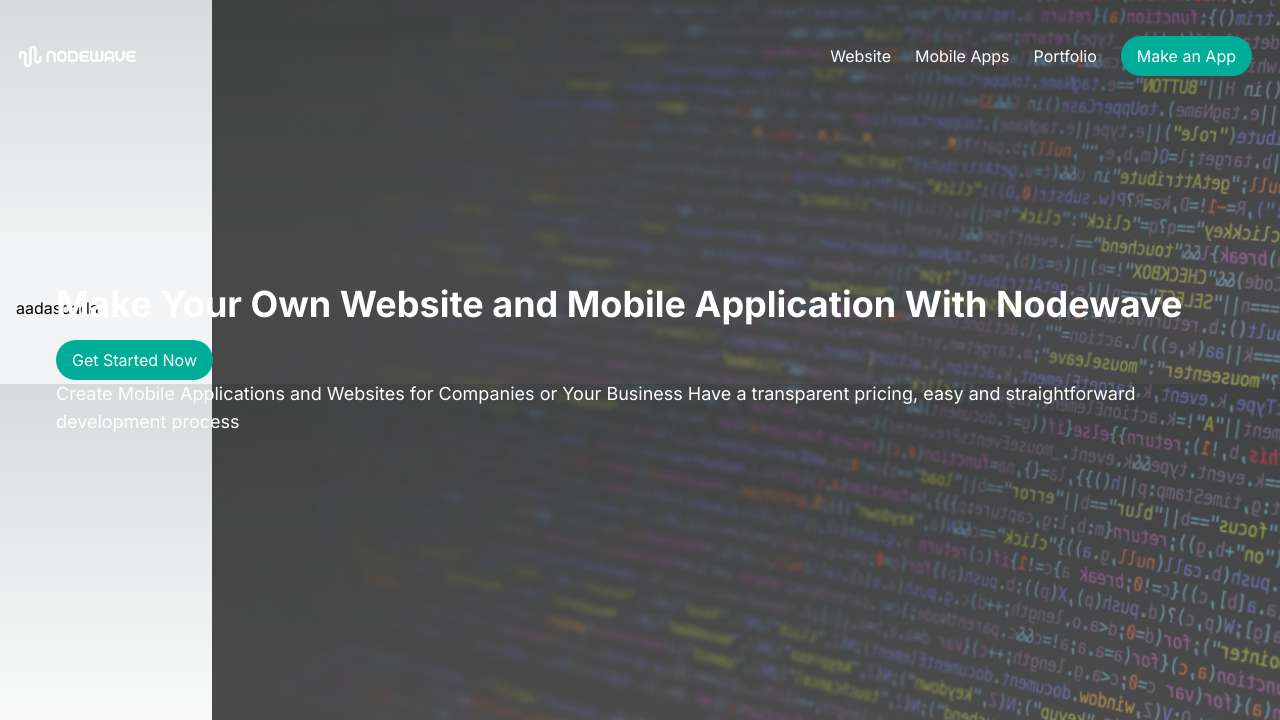
Repository: farrelmuhammad/nodewave
Page: /
The author's editor kept a copy of each file at every save. The page is drawn from the files as they stood at one save, then again after a run of saves.
The browser window is 1280 px wide. The pictures show the whole page.
The project was rebuilt for these pictures with package versions that can differ from the ones it lists, and the page was loaded fresh each time. The framework's server and built-in components were replaced by stand-ins that run in the browser. Also part of the build but not shown: next.config.js.

Above is the page before, as saved 2023-09-08 13:40:33.

### src/app/page.js
import Hero from '@/components/Hero'
import Navbar from '@/components/Navbar'
import Product from '@/components/Product'

export default function Home() {
  return (
    <>
      <Navbar />
      <Hero />
      <Product />
    </>
  )
}

### src/app/globals.css
@tailwind base;
@tailwind components;
@tailwind utilities;

@import url('https://fonts.googleapis.com/css2?family=Poppins:wght@300;400;500;600;700&display=swap');

:root {
  --foreground-rgb: 0, 0, 0;
  --background-start-rgb: 214, 219, 220;
  --background-end-rgb: 255, 255, 255;
  font-family: 'Poppins', sans-serif;
}

@media (prefers-color-scheme: dark) {
  :root {
    --foreground-rgb: 255, 255, 255;
    --background-start-rgb: 0, 0, 0;
    --background-end-rgb: 0, 0, 0;
  }
}

body {
  color: rgb(var(--foreground-rgb));
  background: linear-gradient(
      to bottom,
      transparent,
      rgb(var(--background-end-rgb))
    )
    rgb(var(--background-start-rgb));
}

@media only screen and (max-width: 768px) {
  .hero .hero-image,
  .hero .hero-caption {
    min-height: 90vh;
  }
  .hero .hero-cta {
    @apply w-12 h-12;
    transform: translateX(-75px) translateY(-50%);
    background-size: 37.5%;
  }
}

### src/components/Hero.jsx
import React from "react";
import Image from "next/image";

const Hero = () => {
  return (
    <section className="flex h-full items-center justify-between p-24 mb-10">
      <div
        className="absolute inset-0 bg-cover bg-center max-w-screen h-auto top-[-89px] left-[212px] bg-opacity-50 bg-black"
        style={{
          backgroundImage: 'url("/assets/background.png")',
        }}
      ></div>

      <div className="absolute inset-0 flex items-center justify-start px-14">
        <div className="text-white">
          <h1 className="text-4xl font-bold mb-4">
            Make Your Own Website and Mobile Application With Nodewave
          </h1>
          <button class="px-4 py-2 bg-[#00AD98] rounded-full">
            <a
              href="#"
              class="text-black md:text-white hover:underline whitespace-nowrap overflow-ellipsis"
            >
              Get Started Now
            </a>
          </button>
          <p className="text-lg">
            Create Mobile Applications and Websites for Companies or Your
            Business Have a transparent pricing, easy and straightforward
            development process
          </p>
        </div>
      </div>
    </section>
  );
};

export default Hero;

### src/components/Navbar.jsx
import React from "react";
import Image from "next/image";

const Navbar = () => {
  return (
    <header class="absolute w-full z-50 px-4">
      <div class="container mx-auto py-5">
        <div class="flex flex-stretch items-center">
          <div class="w-56 items-center flex">
            <Image src="/assets/Logo.png" width={226} height={100} alt="Nodewave" />
          </div>
          <div class="w-full"></div>
          <div class="w-auto py-4">
            <ul
              class="fixed bg-white inset-0 flex flex-col invisible items-center justify-center opacity-0 md:visible md:flex-row md:bg-transparent md:relative md:opacity-100 md:flex md:items-center"
              id="menu"
            >
              <li class="mx-3 py-6 md:py-0">
                <a href="#" class="text-black md:text-white hover:underline">
                  Website
                </a>
              </li>
              <li class="mx-3 py-6 md:py-0">
                <a
                  href="#"
                  class="text-black md:text-white hover:underline whitespace-nowrap overflow-ellipsis"
                >
                  Mobile Apps
                </a>
              </li>
              <li class="mx-3 py-6 md:py-0">
                <a href="#" class="text-black md:text-white hover:underline">
                  Portfolio
                </a>
              </li>
              <li class="mx-3 py-6 md:py-0">
                <button class="px-4 py-2 bg-[#00AD98] rounded-full">
                  <a
                    href="#"
                    class="text-black md:text-white hover:underline whitespace-nowrap overflow-ellipsis"
                  >
                    Make an App
                  </a>
                </button>
              </li>
            </ul>
          </div>
          <div class="w-auto">
            <ul class="items-center flex">
              <li class="ml-6 block md:hidden">
                <button
                  id="menu-toggler"
                  class="relative flex z-50 items-center justify-center w-8 h-8 text-black md:text-white focus:outline-none"
                >
                  <svg
                    class="fill-current"
                    width="18"
                    height="17"
                    viewBox="0 0 18 17"
                  >
                    <path d="M15.9773 0.461304H1.04219C0.466585 0.461304 0 0.790267 0 1.19609C0 1.60192 0.466668 1.93088 1.04219 1.93088H15.9773C16.5529 1.93088 17.0195 1.60192 17.0195 1.19609C17.0195 0.790208 16.5529 0.461304 15.9773 0.461304Z" />
                    <path d="M15.9773 7.68802H1.04219C0.466585 7.68802 0 8.01698 0 8.42281C0 8.82864 0.466668 9.1576 1.04219 9.1576H15.9773C16.5529 9.1576 17.0195 8.82864 17.0195 8.42281C17.0195 8.01692 16.5529 7.68802 15.9773 7.68802Z" />
                    <path d="M15.9773 14.9147H1.04219C0.466585 14.9147 0 15.2437 0 15.6495C0 16.0553 0.466668 16.3843 1.04219 16.3843H15.9773C16.5529 16.3843 17.0195 16.0553 17.0195 15.6495C17.0195 15.2436 16.5529 14.9147 15.9773 14.9147Z" />
                  </svg>
                </button>
              </li>
            </ul>
          </div>
        </div>
      </div>
    </header>
  );
};

export default Navbar;

### src/components/Product.jsx
import React from "react";

const Product = () => {
  return (
    <section class="flex bg-gray-100 py-16 px-4">aadasdada</section>
  );
};

export default Product;

Loaded but not shown: src/app/layout.js (common file); tailwind.config.js (common file)

After the next 3 saves:
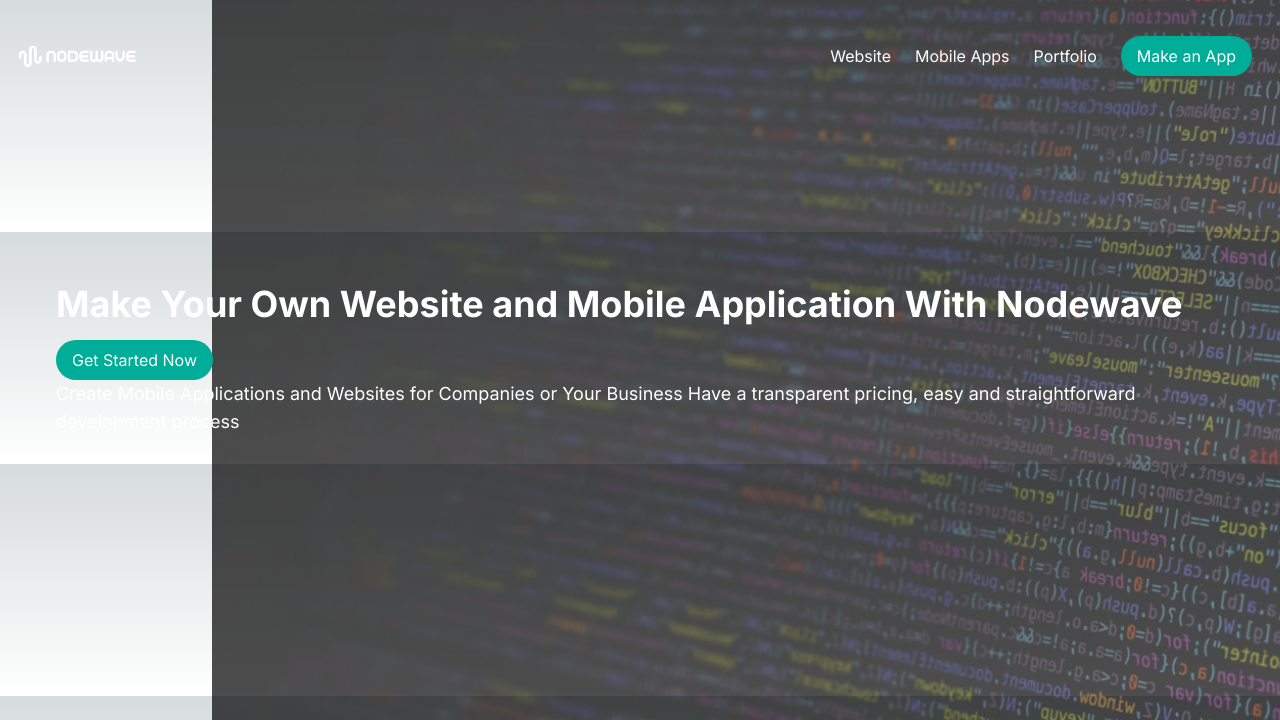
The 3 saves are shown as one change because 2 did not build or start.
The last was saved 18 s later.
--- a/src/app/page.js
+++ b/src/app/page.js
@@ -1,13 +1,13 @@
 import Hero from '@/components/Hero'
 import Navbar from '@/components/Navbar'
-import Product from '@/components/Product'
+// import Product from '@/components/Product'
 
 export default function Home() {
   return (
     <>
       <Navbar />
       <Hero />
-      <Product />
+      {/* <Product /> */}
     </>
   )
 }
--- a/src/components/Product.jsx
+++ b/src/components/Product.jsx
@@ -2,7 +2,7 @@
 
 const Product = () => {
   return (
-    <section class="flex bg-gray-100 py-16 px-4">aadasdada</section>
+    // <section class="flex bg-gray-100 py-16 px-4">aadasdada</section>
   );
 };
 
